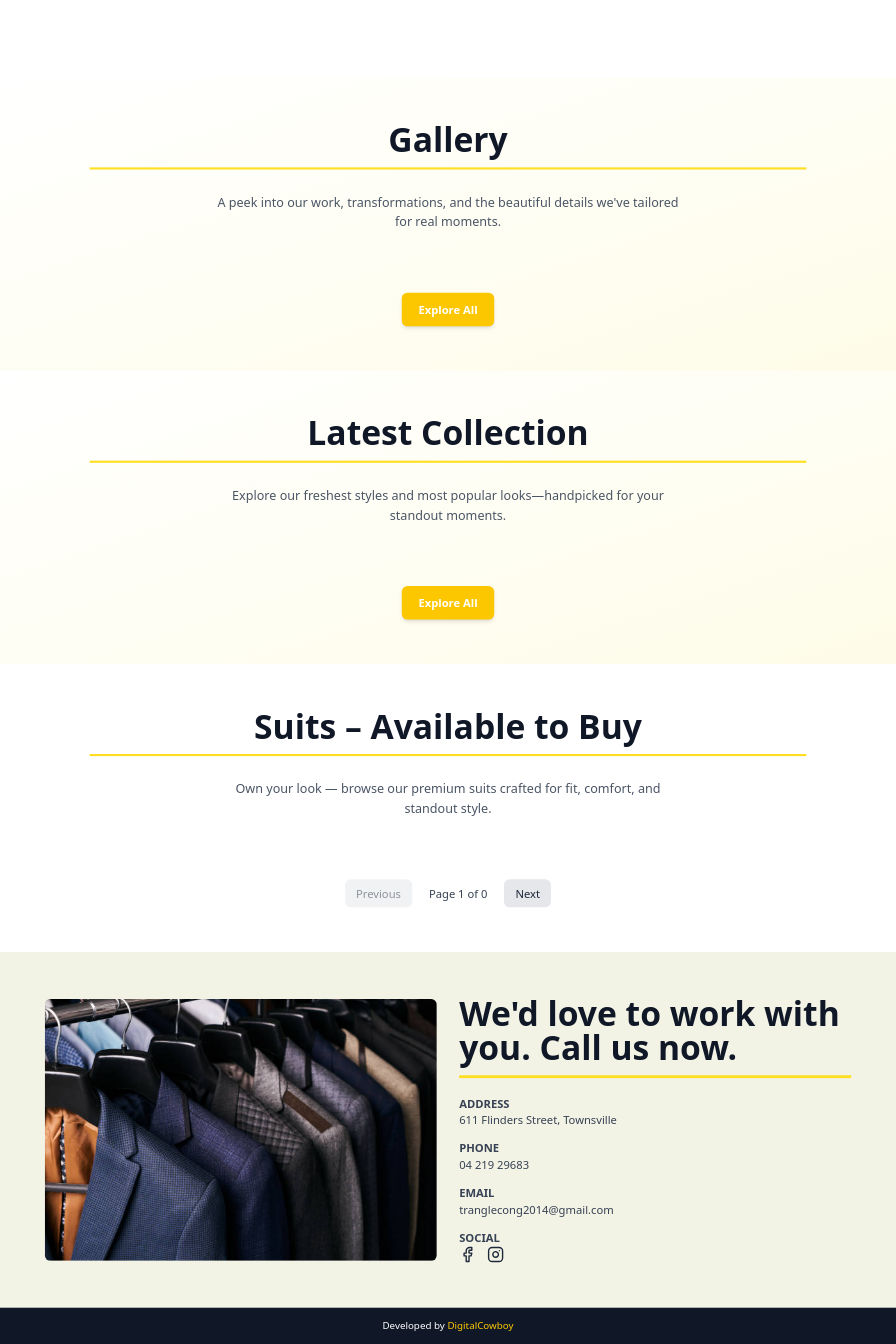
Repository: tarekhasan1/townsville-alteration
Page: /
These files come from the project's save history. The page is drawn as it stood at one moment and after the next save; the edit follows.
The browser window is 1280 px wide. The pictures show the part of the page from y = 1853 to 3773 px (the page is 3773 px tall before and 3693 px after), at 70% of full size.
The page's requests for data from a server got no answer. The project was rebuilt for these pictures with package versions that can differ from the ones it lists, and the page was loaded fresh each time. The framework's server and built-in components were replaced by stand-ins that run in the browser. No one was signed in, and anything a server would have sent is missing. Also part of the build but not shown: next.config.ts.

Above is the page before, as saved 2026-01-21 05:34:53.

### src/app/layout.tsx
// app/layout.tsx
import type { Metadata } from "next";
import { Geist, Geist_Mono } from "next/font/google";
import "./globals.css";
import Navbar from "@/components/Navbar";
import ContactSection from "@/components/ContactSection";
import DevelopedBy from "@/components/DevelopedBy";
import { headers } from "next/headers";
import LayoutShell from "@/components/LayoutShell";

const geistSans = Geist({
  variable: "--font-geist-sans",
  subsets: ["latin"],
});

const geistMono = Geist_Mono({
  variable: "--font-geist-mono",
  subsets: ["latin"],
});

export const metadata: Metadata = {
  title: "Townsville Alterations and Formal Wear | Tailoring, Suit Hire, Alterations",
  description: "Townsville Alterations and Formal Wear - Reinvent Your Wardrobe. Hire or tailor-make outfits that turn heads. Expert suit hire, bridal alterations, and tailoring in Townsville.",
  keywords: "Townsville Tailoring, Formal Wear Townsville, Suit Hire, Alterations, Wedding Dress Alterations, Custom Tailoring",
  authors: [{ name: "Townsville Alterations & Formal Wear" }],
  creator: "Townsville Alterations & Formal Wear",
  publisher: "Townsville Alterations & Formal Wear",
  robots: "index, follow",
  icons: "/logo.png",
};

export default function RootLayout({ children }: { children: React.ReactNode }) {
  return (
    <html lang="en">
      <body>
        <LayoutShell>{children}</LayoutShell>
      </body>
    </html>
  );
}

### src/app/page.tsx
import BannerCarousel from "@/components/BannerCarousel";
import Gallery from "@/components/Gallery";
import LatestCollection from "@/components/LatestCollection";
import ServicesSection from "@/components/ServicesSection";
import SuitsForSaleSection from "@/components/SuitForSaleSection";
import TailoringSection from "@/components/TailoringSection";

export default function Home() {
  return (
    <div>
      <BannerCarousel/>
      <TailoringSection/>
      <ServicesSection/>
      <Gallery/>
      <LatestCollection/>
      <SuitsForSaleSection/>
    </div>
  );
}

### src/app/globals.css
@import "tailwindcss";

:root {
  --background: #ffffff;
  --foreground: #171717;
}

### src/components/LayoutShell.tsx
// components/LayoutShell.tsx
'use client';

import { usePathname } from 'next/navigation';
import Navbar from '@/components/Navbar';
import ContactSection from '@/components/ContactSection';
import DevelopedBy from '@/components/DevelopedBy';

export default function LayoutShell({ children }: { children: React.ReactNode }) {
  const pathname = usePathname();
  const isAdminRoute = pathname.startsWith('/admin');

  return (
    <>
      {!isAdminRoute && <Navbar />}
      {children}
      {!isAdminRoute && (
        <>
          <ContactSection />
          <DevelopedBy />
        </>
      )}
    </>
  );
}

### src/components/BannerCarousel.tsx
"use client";
import { useState, useEffect } from "react";
import Image from "next/image";
import Link from "next/link";

const images = [
  "/3.jpeg",
  "/4.jpeg",
  "/5.jpeg",
  "/6.jpeg",
  "/8.jpeg",
  "/9.jpeg",
  "/12.jpeg",
  "/13.jpeg",
];

const BannerCarousel = () => {
  const [currentIndex, setCurrentIndex] = useState(0);

  useEffect(() => {
    const interval = setInterval(() => {
      setCurrentIndex((prevIndex) => (prevIndex + 1) % images.length);
    }, 5000);
    return () => clearInterval(interval);
  }, []);

  return (
    <div className="relative w-full min-h-[100vh] flex flex-col lg:flex-row items-center bg-white px-4 pt-[120px] lg:pt-0 lg:px-16 py-10">
      {/* Image Carousel */}
      <div className="relative w-full lg:w-1/2 h-96 lg:h-[500px] overflow-hidden">
        {images.map((src, index) => (
          <Image
            key={index}
            src={src}
            alt={`Townsville Alterations & Formal Wear Image ${index + 1}`}
            fill
            className={`absolute inset-0 transition-opacity duration-1000 rounded-lg ${index === currentIndex ? "opacity-100" : "opacity-0"} object-cover`}
          />
        ))}
      </div>

      {/* Text Section */}
      <header className="w-full lg:w-1/2 text-center lg:text-left mt-6 lg:mt-0 px-6">
        <h2 className="text-gray-800 text-lg uppercase tracking-wider">
          Reinvent Your Wardrobe. Or Hire One That Turns Heads.
        </h2>
        <h2 className="text-4xl lg:text-5xl font-semibold text-gray-900 mt-4">
          Townsville Alterations & Formal Wear
        </h2>
        <div className="mt-12">
          <Link
            href="/about-us"
            aria-label="Learn more about Townsville Alterations and Formal Wear"
            className="mt-6 border border-gray-800 px-6 py-3 text-gray-800 hover:bg-yellow-300 hover:cursor-pointer hover:text-gray-900 hover:ease-in-out hover:border-gray-50 transition-all"
          >
            Learn More
          </Link>
        </div>
      </header>
    </div>
  );
};

export default BannerCarousel;

### src/components/Gallery.tsx
// components/Gallery.tsx
'use client';

import ImageGallery from "@/components/ImageGallery";

export default function Gallery() {
  return (
    <section id="gallery" aria-labelledby="gallery-heading">
      <ImageGallery
        collection="gallery"
        title="Gallery"
        description="A peek into our work, transformations, and the beautiful details we've tailored for real moments."
        itemsPerPage={12}
        showExploreButton={true}
      />
    </section>
  );
}

### src/components/LatestCollection.tsx
// components/LatestCollection.tsx
'use client';

import ImageGallery from "@/components/ImageGallery";

export default function LatestCollection() {
  return (
    <section id="latest-collection">
      <ImageGallery
        collection="featured"
        title="Latest Collection"
        description="Explore our freshest styles and most popular looks—handpicked for your standout moments."
        itemsPerPage={6}
        showExploreButton={true}
      />
    </section>
  );
}

### src/components/ServicesSection.tsx
import Image from "next/image";

const services = [
  {
    icon: "/shirt-icon.png", // Replace with actual icon path
    title: "Custom-Made Suits",
    description: "Designed for your body, your style, your moment. Suit Hire – Affordable, and hassle-free."
  },
  {
    icon: "/dress-icon.png", // Replace with actual icon path
    title: "Bridal, Formal & Racewear Alterations",
    description: "Because the perfect dress deserves the perfect fit."
  },
  {
    icon: "/tape-icon.png", // Replace with actual icon path
    title: "Clothing Repairs & Restyling",
    description: "Don’t toss it, tailor it!"
  }
];

export default function ServicesSection() {
  return (
    <section className="py-12 text-center w-full min-h-[85vh]" aria-labelledby="services-section">
      <h2
        id="services-section"
        className="text-4xl md:text-5xl font-bold text-gray-900 mb-4"
        aria-describedby="services-description"
      >
        Services
      </h2>
      <div
        id="services-description"
        className="w-[80vw] border-b border-[2px] border-yellow-300 mx-auto mb-8"
      ></div>
      <div className="grid grid-cols-1 md:grid-cols-3 gap-8 mx-auto px-6">
        {services.map((service, index) => (
          <div key={index} className="flex flex-col items-center" aria-labelledby={`service-${index}-title`} aria-describedby={`service-${index}-desc`}>
            <Image
              src={service.icon}
              alt={service.title}
              width={200}
              height={200}
              className="mb-4"
              priority
            />
            <h3
              id={`service-${index}-title`}
              className="text-lg font-medium mb-2"
              aria-level={3}
            >
              {service.title}
            </h3>
            <p
              id={`service-${index}-desc`}
              className="text-gray-600"
              aria-labelledby={`service-${index}-title`}
            >
              {service.description}
            </p>
          </div>
        ))}
      </div>
    </section>
  );
}

### src/components/SuitForSaleSection.tsx
"use client";

import { useState, useEffect } from "react";
import Image from "next/image";
import { collection, getDocs } from "firebase/firestore";
import { db } from "@/firebase/config";

const itemsPerPage = 6;

export default function SuitsForSaleSection() {
  const [suitUrls, setSuitUrls] = useState<string[]>([]);
  const [currentPage, setCurrentPage] = useState(0);

  useEffect(() => {
    const fetchSuits = async () => {
      try {
        const snapshot = await getDocs(collection(db, "suits"));
        const urls = snapshot.docs.map((doc) => doc.data().url as string);
        setSuitUrls(urls);
      } catch (error) {
        console.error("Error fetching suits:", error);
      }
    };

    fetchSuits();
  }, []);

  const totalPages = Math.ceil(suitUrls.length / itemsPerPage);
  const paginatedSuits = suitUrls.slice(
    currentPage * itemsPerPage,
    (currentPage + 1) * itemsPerPage
  );

  return (
    <section
      id="suits-for-sale"
      className="bg-white py-16 px-6 md:px-12 lg:px-24 text-gray-800"
    >
      <div className="max-w-7xl mx-auto text-center">
        <h2 className="text-4xl md:text-5xl font-bold text-gray-900 mb-4">
          Suits – Available to Buy
        </h2>
        <div className="w-[80vw] border-b border-[2px] border-yellow-300 mx-auto mb-8"></div>
        <p className="text-lg text-gray-600 max-w-2xl mx-auto mb-12">
          Own your look — browse our premium suits crafted for fit, comfort, and standout style.
        </p>

        <div className="grid grid-cols-1 sm:grid-cols-2 md:grid-cols-3 gap-6">
          {paginatedSuits.map((url, index) => (
            <div
              key={index}
              className="group relative overflow-hidden rounded-xl shadow-md hover:shadow-xl transition-transform duration-300 ease-in-out transform hover:scale-105 bg-yellow-50"
            >
              <Image
                src={url}
                alt={`Suit for sale ${index + 1}`}
                width={500}
                height={600}
                className="w-full h-[300px] object-cover transition duration-300 group-hover:brightness-90"
              />
              <div className="absolute bottom-0 left-0 right-0 bg-white/80 backdrop-blur-sm p-4">
                <a
                  href="mailto:sales@townsvillealterationsformalwear.com?subject=Interested in Buying a Suit"
                  className="inline-block px-4 py-2 bg-yellow-300 text-gray-900 font-semibold rounded-md hover:bg-yellow-400 transition"
                >
                  Contact to Buy
                </a>
              </div>
            </div>
          ))}
        </div>

        <div className="flex justify-center items-center mt-10 space-x-6">
          <button
            onClick={() => setCurrentPage((prev) => Math.max(prev - 1, 0))}
            disabled={currentPage === 0}
            className="px-4 py-2 bg-gray-200 text-gray-800 rounded-lg hover:bg-yellow-300 disabled:opacity-50 disabled:cursor-not-allowed transition"
          >
            Previous
          </button>

          <span className="text-gray-700 font-medium">
            Page {currentPage + 1} of {totalPages}
          </span>

          <button
            onClick={() =>
              setCurrentPage((prev) => Math.min(prev + 1, totalPages - 1))
            }
            disabled={currentPage === totalPages - 1}
            className="px-4 py-2 bg-gray-200 text-gray-800 rounded-lg hover:bg-yellow-300 disabled:opacity-50 disabled:cursor-not-allowed transition"
          >
            Next
          </button>
        </div>
      </div>
    </section>
  );
}

### src/components/TailoringSection.tsx
/* eslint-disable react/no-unescaped-entities */
import Image from "next/image";

export default function TailoringSection() {
  return (
    <section id="tailoring-section" aria-labelledby="tailoring-section" className="bg-[#f0f1e6] py-16 px-6 md:px-16 lg:px-24">
      <div className="mx-auto grid grid-cols-1 md:grid-cols-2 gap-12 items-center">
        {/* Text Content */}
        <div>
          <h2 id="tailoring-section" className="text-4xl md:text-5xl font-bold text-gray-900 mb-4">
            Tailoring Perfection, One Stitch at a Time.
          </h2>
          <hr className="mb-4 md:mb-8 border-[2px] text-yellow-300"/>
          <p className="text-gray-700 text-lg mb-6">
            Whether you're looking for a tailor-made suit, a last-minute formalwear hire, or expert alterations, we’ve got you covered literally.
          </p>
          <p className="text-gray-700 text-lg">
            At Townsville Alterations & Formal Wear, we believe a perfect fit changes everything. Whether it’s a suit that makes you feel unstoppable, a wedding dress that fits like a dream, or a vintage jacket that just needs a little TLC, we’re here to make sure your wardrobe works for you. With decades of experience in custom tailoring, suit hire, and alterations, our team takes pride in bringing high-quality craftsmanship to Townsville’s fashion scene.
          </p>
        </div>

        {/* Image Content */}
        <div className="grid grid-cols-1 gap-6">
          <div className="relative w-full h-30 md:h-40">
            <Image
              src="/tailored-suit.jpg"
              alt="Tailored custom suits in Townsville"
              layout="fill"
              objectFit="cover"
              className="rounded-lg"
            />
          </div>
          <div className="relative w-full h-60 md:h-80">
            <Image
              src="/tape.jpg"
              alt="Measuring tape representing precision tailoring in Townsville"
              layout="fill"
              objectFit="cover"
              className="rounded-lg"
            />
          </div>
        </div>
      </div>
    </section>
  );
}

### src/components/DevelopedBy.tsx
// components/DevelopedBy.js

import React from 'react';

const DevelopedBy = () => {
  return (
    <footer className="bg-gray-900 text-white text-center py-4">
      <p className="text-sm">
        Developed by{' '}
        <a
          href="https://digitalcowboy.com.au"
          className="text-yellow-400 hover:underline"
          target="_blank"
          rel="noopener noreferrer"
        >
          DigitalCowboy
        </a>
      </p>
    </footer>
  );
};

export default DevelopedBy;

### src/firebase/config.ts
// Import the functions you need from the SDKs you need
import { initializeApp } from "firebase/app";
import { getFirestore } from 'firebase/firestore';
import { getStorage } from 'firebase/storage';
// TODO: Add SDKs for Firebase products that you want to use
// https://firebase.google.com/docs/web/setup#available-libraries

// Your web app's Firebase configuration
const firebaseConfig = {
  apiKey: process.env.NEXT_PUBLIC_FIREBASE_API_KEY,
  authDomain: process.env.NEXT_PUBLIC_FIREBASE_AUTH_DOMAIN,
  projectId: process.env.NEXT_PUBLIC_FIREBASE_PROJECT_ID,
  storageBucket: process.env.NEXT_PUBLIC_FIREBASE_STORAGE_BUCKET,
  messagingSenderId: process.env.NEXT_PUBLIC_FIREBASE_MESSAGING_SENDER_ID,
  appId: process.env.NEXT_PUBLIC_FIREBASE_APP_ID
};

// Initialize Firebase
const app = initializeApp(firebaseConfig);
export const db = getFirestore(app);
export const storage = getStorage(app);

### actions/client.action.ts
// lib/client.actions.ts
'use client';

import { collection, getDocs } from "firebase/firestore";
import { db } from "@/firebase/config";

export type CollectionType = 'gallery' | 'featured' | 'suits' | 'wedding-gowns';

export interface ImageData {
  id: string;
  url: string;
  fileName?: string;
  fileSize?: number;
  uploadedAt?: Date;
}

// Fetch images from a specific collection
export const fetchCollectionImages = async (collectionName: CollectionType): Promise<ImageData[]> => {
  try {
    const snapshot = await getDocs(collection(db, collectionName));
    const images = snapshot.docs.map((doc) => ({
      id: doc.id,
      url: doc.data().url as string,
      fileName: doc.data().fileName as string,
      fileSize: doc.data().fileSize as number,
      uploadedAt: doc.data().uploadedAt?.toDate() as Date,
    }));
    return images;
  } catch (error) {
    console.error(`Error fetching ${collectionName} images:`, error);
    throw new Error(`Failed to fetch ${collectionName} images`);
  }
};

// Fetch all images from all collections
export const fetchAllImages = async (): Promise<{
  gallery: ImageData[];
  featured: ImageData[];
  suits: ImageData[];
  weddingGowns: ImageData[];
}> => {
  try {
    const [gallery, featured, suits, weddingGowns] = await Promise.all([
      fetchCollectionImages('gallery'),
      fetchCollectionImages('featured'),
      fetchCollectionImages('suits'),
      fetchCollectionImages('wedding-gowns'),
    ]);

    return { gallery, featured, suits, weddingGowns };
  } catch (error) {
    console.error('Error fetching all images:', error);
    throw new Error('Failed to fetch images');
  }
};

// Fetch images with pagination
export const fetchPaginatedImages = async (
  collectionName: CollectionType,
  page: number,
  itemsPerPage: number
): Promise<{
  images: ImageData[];
  total: number;
  totalPages: number;
}> => {
  try {
    const allImages = await fetchCollectionImages(collectionName);
    const startIndex = page * itemsPerPage;
    const endIndex = startIndex + itemsPerPage;
    const paginatedImages = allImages.slice(startIndex, endIndex);
    const totalPages = Math.ceil(allImages.length / itemsPerPage);

    return {
      images: paginatedImages,
      total: allImages.length,
      totalPages,
    };
  } catch (error) {
    console.error(`Error fetching paginated ${collectionName} images:`, error);
    throw new Error(`Failed to fetch paginated ${collectionName} images`);
  }
};

Loaded but not shown: src/components/ImageGallery.tsx (227 lines, source omitted); src/components/Navbar.tsx (170 lines, source omitted); src/components/ContactSection.tsx (79 lines, source omitted)

After the next save:
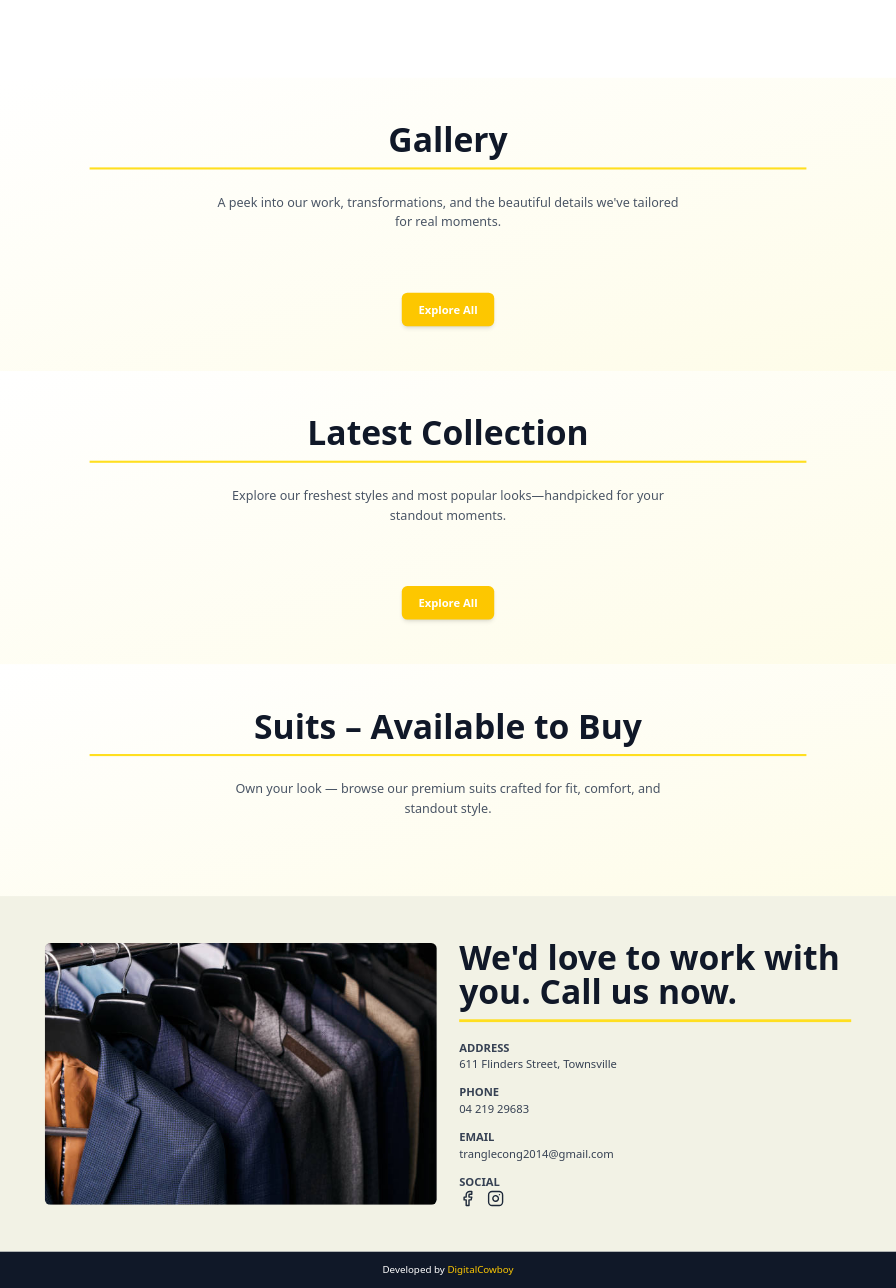
Saved 58 s later.
--- a/src/components/SuitForSaleSection.tsx
+++ b/src/components/SuitForSaleSection.tsx
@@ -1,99 +1,24 @@
-"use client";
+// components/SuitsForSaleSection.tsx
+'use client';
 
-import { useState, useEffect } from "react";
-import Image from "next/image";
-import { collection, getDocs } from "firebase/firestore";
-import { db } from "@/firebase/config";
-
-const itemsPerPage = 6;
+import ImageGallery from "@/components/ImageGallery";
 
 export default function SuitsForSaleSection() {
-  const [suitUrls, setSuitUrls] = useState<string[]>([]);
-  const [currentPage, setCurrentPage] = useState(0);
-
-  useEffect(() => {
-    const fetchSuits = async () => {
-      try {
-        const snapshot = await getDocs(collection(db, "suits"));
-        const urls = snapshot.docs.map((doc) => doc.data().url as string);
-        setSuitUrls(urls);
-      } catch (error) {
-        console.error("Error fetching suits:", error);
-      }
-    };
-
-    fetchSuits();
-  }, []);
-
-  const totalPages = Math.ceil(suitUrls.length / itemsPerPage);
-  const paginatedSuits = suitUrls.slice(
-    currentPage * itemsPerPage,
-    (currentPage + 1) * itemsPerPage
-  );
-
   return (
-    <section
-      id="suits-for-sale"
-      className="bg-white py-16 px-6 md:px-12 lg:px-24 text-gray-800"
-    >
-      <div className="max-w-7xl mx-auto text-center">
-        <h2 className="text-4xl md:text-5xl font-bold text-gray-900 mb-4">
-          Suits – Available to Buy
-        </h2>
-        <div className="w-[80vw] border-b border-[2px] border-yellow-300 mx-auto mb-8"></div>
-        <p className="text-lg text-gray-600 max-w-2xl mx-auto mb-12">
-          Own your look — browse our premium suits crafted for fit, comfort, and standout style.
-        </p>
-
-        <div className="grid grid-cols-1 sm:grid-cols-2 md:grid-cols-3 gap-6">
-          {paginatedSuits.map((url, index) => (
-            <div
-              key={index}
-              className="group relative overflow-hidden rounded-xl shadow-md hover:shadow-xl transition-transform duration-300 ease-in-out transform hover:scale-105 bg-yellow-50"
-            >
-              <Image
-                src={url}
-                alt={`Suit for sale ${index + 1}`}
-                width={500}
-                height={600}
-                className="w-full h-[300px] object-cover transition duration-300 group-hover:brightness-90"
-              />
-              <div className="absolute bottom-0 left-0 right-0 bg-white/80 backdrop-blur-sm p-4">
-                <a
-                  href="mailto:sales@townsvillealterationsformalwear.com?subject=Interested in Buying a Suit"
-                  className="inline-block px-4 py-2 bg-yellow-300 text-gray-900 font-semibold rounded-md hover:bg-yellow-400 transition"
-                >
-                  Contact to Buy
-                </a>
-              </div>
-            </div>
-          ))}
-        </div>
-
-        <div className="flex justify-center items-center mt-10 space-x-6">
-          <button
-            onClick={() => setCurrentPage((prev) => Math.max(prev - 1, 0))}
-            disabled={currentPage === 0}
-            className="px-4 py-2 bg-gray-200 text-gray-800 rounded-lg hover:bg-yellow-300 disabled:opacity-50 disabled:cursor-not-allowed transition"
-          >
-            Previous
-          </button>
-
-          <span className="text-gray-700 font-medium">
-            Page {currentPage + 1} of {totalPages}
-          </span>
-
-          <button
-            onClick={() =>
-              setCurrentPage((prev) => Math.min(prev + 1, totalPages - 1))
-            }
-            disabled={currentPage === totalPages - 1}
-            className="px-4 py-2 bg-gray-200 text-gray-800 rounded-lg hover:bg-yellow-300 disabled:opacity-50 disabled:cursor-not-allowed transition"
-          >
-            Next
-          </button>
-        </div>
-      </div>
+    <section id="suits-for-sale">
+      <ImageGallery
+        collection="suits"
+        title="Suits – Available to Buy"
+        description="Own your look — browse our premium suits crafted for fit, comfort, and standout style."
+        itemsPerPage={6}
+        showContactButton={true}
+        contactEmail="sales@townsvillealterationsformalwear.com"
+        contactSubject="Interested in Buying a Suit"
+        buttonText="Contact to Buy"
+        showCallButton={true}
+        phoneNumber="+61412345678" // Replace with actual number
+        callButtonText="Call to Buy"
+      />
     </section>
   );
 }
